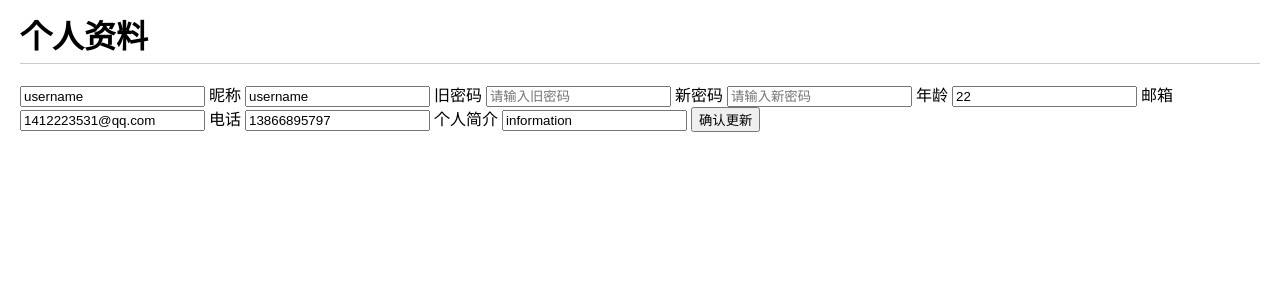
Repository: pine-chen/blog
Page: nodeJS-blog/html-test/information.html
The author's editor kept a copy of each file at every save. The page is drawn from the files as they stood at one save, then again after the next save.
The browser window is 1280 px wide. The pictures show the whole page.

Above is the page before, as saved 2019-12-30 19:42:28.

After the next save:
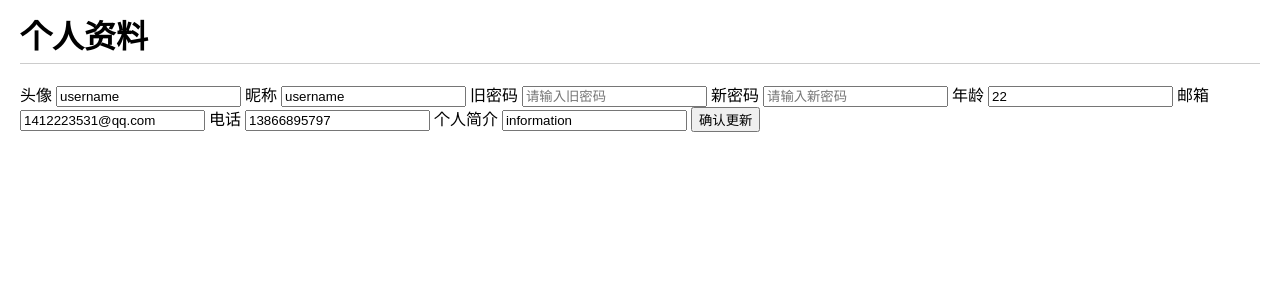
Saved 10 s later.
--- a/nodeJS-blog/html-test/information.html
+++ b/nodeJS-blog/html-test/information.html
@@ -17,7 +17,7 @@
 
     <div>
         <label>
-             <input type="text" id="textNickname" value="username"/>
+            头像 <input type="text" id="textNickname" value="username"/>
         </label>
         <label>
             昵称 <input type="text" id="textNickname" value="username"/>
